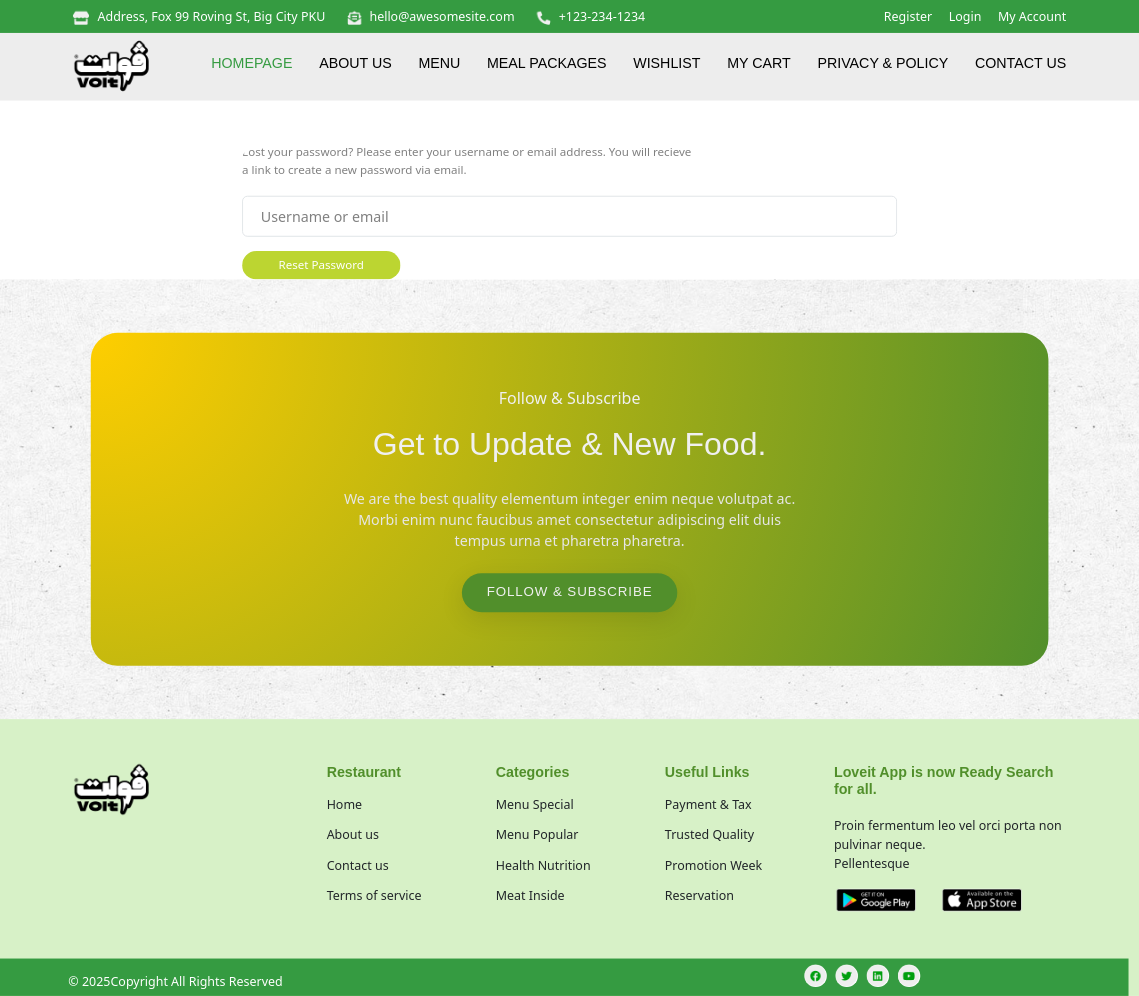
Repository: junivig/volt-new-project
Page: forgot-password.html
The author's editor kept a copy of each file at every save. The page is drawn from the files as they stood at one save, then again after the next save.
The browser window is 1280 px wide. The pictures show the whole page, at 89% of full size.

Above is the page before, as saved 2025-02-12 14:19:17.

### forgot-password.html
<!DOCTYPE html>
<html lang="en">
<head>
    <meta charset="UTF-8">
    <meta name="viewport" content="width=device-width, initial-scale=1.0">
    <title>Forgot Password</title>
    <!-- Favicons -->
 <link href="assets/img/favicon.png" rel="icon">
 <link href="assets/img/apple-touch-icon.png" rel="apple-touch-icon">

 <!-- Fonts -->
 <link href="https://fonts.googleapis.com" rel="preconnect">
 <link href="https://fonts.gstatic.com" rel="preconnect" crossorigin>
 <link href="https://fonts.googleapis.com/css2?family=Roboto:ital,wght@0,100;0,300;0,400;0,500;0,700;0,900;1,100;1,300;1,400;1,500;1,700;1,900&family=Raleway:ital,wght@0,100;0,200;0,300;0,400;0,500;0,600;0,700;0,800;0,900;1,100;1,200;1,300;1,400;1,500;1,600;1,700;1,800;1,900&family=Ubuntu:ital,wght@0,300;0,400;0,500;0,700;1,300;1,400;1,500;1,700&display=swap" rel="stylesheet">

 <!-- Vendor CSS Files -->
 <link href="assets/vendor/bootstrap/css/bootstrap.min.css" rel="stylesheet">
 <link href="assets/vendor/bootstrap-icons/bootstrap-icons.css" rel="stylesheet">
 <link href="assets/vendor/aos/aos.css" rel="stylesheet">
 <link href="assets/vendor/glightbox/css/glightbox.min.css" rel="stylesheet">
 <link href="assets/vendor/swiper/swiper-bundle.min.css" rel="stylesheet">

  <!-- Main CSS File -->
  <link href="assets/css/main.css" rel="stylesheet">
    <link href="https://cdn.jsdelivr.net/npm/bootstrap@5.3.0/dist/css/bootstrap.min.css" rel="stylesheet">
    <style>
        .btn-light-green {
            background-color: #BCD531 !important;
            color: white !important;
            font-size: small;
            padding: 5px 40px;
            border-radius: 40px;
        }
        .card {
            border: none;
            border-top-left-radius: 20px;
            border-top-right-radius: 20px;
        }
        .form-control {
            padding: 10px 20px;
            color: grey !important;
        }
        .form-control::placeholder {
            color: grey !important;
        }
        .privacy-text {
            color: grey;
            font-size: small;
            margin-bottom: 20px;
        }
    </style>
</head>
<body class="">
    <header id="header" class="header ">
        <div class="container-fluid  top-header">
          <div class="container-xl">
              <div class="row align-items-center">
                  <div class="col-md-8 d-flex align-items-center">
                    <nav id="navmenu" class="navmenu">
                      <ul>
                    <li class="">
                      <img src="assets/img/location-icon.png" alt="Location Icon" class="icon-right">
                      <span class="top-header-text">Address, Fox 99 Roving St, Big City PKU</span>
                  </li>
                    <li class="">
                      <img src="assets/img/email-icon.png" alt="Email Icon" class="icon-right">
                      <span class="top-header-text">hello@awesomesite.com</span>
                  </li>
                  <li class="">
                    <img src="assets/img/phone-icon.png" alt="Phone Icon" class="icon-right">
                    <span class="top-header-text">+123-234-1234</span>
                </li>
                      </ul>
                    </nav>
                  </div>
                  <div class="col-md-4 text-end">
                      <a href="auth.html" >Register</a>
                      <a href="auth.html">Login</a>
                      <a href="my-account.html">My Account</a>
                  </div>
              </div>
            </div>
      </div>
        <div class="container-fluid container-xl position-relative d-flex align-items-center">

          <a href="index.html" class="logo d-flex align-items-center me-auto">

            <img src="assets/img/logo.png" alt="Logo Image">
          </a>

          <nav id="navmenu" class="navmenu">
            <ul>
              <li><a href="index.html" class="active">HOMEPAGE</a></li>
              <li><a href="about.html">ABOUT US</a></li>
              <li><a href="menu.html">MENU</a></li>
              <li><a href="meal-packages.html">MEAL PACKAGES</a></li>
              <li><a href="wishlist.html">WISHLIST</a></li>
              <li><a href="cart.html">MY CART</a></li>
              <li><a href="privacy-and-policy.html">PRIVACY & POLICY</a></li>
              <li><a href="contact.html">CONTACT US</a></li>
              <!-- <li class="dropdown"><a href="#"><span>Dropdown</span> <i class="bi bi-chevron-down toggle-dropdown"></i></a>
                <ul>
                  <li><a href="#">Dropdown 1</a></li>
                  <li class="dropdown"><a href="#"><span>Deep Dropdown</span> <i class="bi bi-chevron-down toggle-dropdown"></i></a>
                    <ul>
                      <li><a href="#">Deep Dropdown 1</a></li>
                      <li><a href="#">Deep Dropdown 2</a></li>
                      <li><a href="#">Deep Dropdown 3</a></li>
                      <li><a href="#">Deep Dropdown 4</a></li>
                      <li><a href="#">Deep Dropdown 5</a></li>
                    </ul>
                  </li>
                  <li><a href="#">Dropdown 2</a></li>
                  <li><a href="#">Dropdown 3</a></li>
                  <li><a href="#">Dropdown 4</a></li>
                </ul>
              </li> -->
            </ul>
            <i class="mobile-nav-toggle d-xl-none bi bi-list"></i>
          </nav>

          <!-- <a class="btn-getstarted" href="index.html#about">Get Started</a> -->

        </div>
      </header>
    <div class="container mt-5">
        <div class="row justify-content-center">
            <div class="col-md-8">
                <div class="card">
                            <form>
                                <p class="privacy-text"> Lost your password? Please enter your username or email address.
                                     You will recieve <br/> a link to create a new password via email.</p>
                                <div class="mb-3">
                                    <input type="email" class="form-control" id="register-email" placeholder="Username or email">
                                </div>
                                <button type="submit" class="btn btn-light-green">Reset Password</button>
                            </form>
                </div>
            </div>
        </div>
    </div>


       <!-- /Subscribe Footer Section -->
  <!-- Footer will be loaded here -->
  <div id="footer-placeholder"></div>

  <script>
    // Load footer.html into the placeholder div
    fetch("footer.html")
        .then(response => response.text())
        .then(data => {
            document.getElementById("footer-placeholder").innerHTML = data;
        })
        .catch(error => console.error("Error loading footer:", error));
</script>

    <script src="https://cdn.jsdelivr.net/npm/bootstrap@5.3.0/dist/js/bootstrap.bundle.min.js"></script>
    <script src="https://cdn.jsdelivr.net/npm/bootstrap@5.3.0/dist/js/bootstrap.bundle.min.js"></script>
</body>
</html>

### footer.html

<!-- Subscribe Footer Section -->
<section class="bg-image">
    <div class="footer-newsletter">
      <div class="container">
        <div class="row justify-content-center text-center">
          <div class="col-lg-6">
            <p class="footer-newsletter-sub-heading">Follow & Subscribe</p>
            <h4 class="footer-newsletter-heading">Get to Update & New Food.</h4>
            <p class="footer-newsletter-text">We are the best quality elementum integer enim neque volutpat ac. Morbi enim nunc
              faucibus amet consectetur adipiscing elit duis tempus urna et pharetra pharetra.</p>
            <div class="mt-4">
              <a href="#about" class="subscribe-button">FOLLOW & SUBSCRIBE</a>
            </div>
          </div>
        </div>
      </div>
    </div>
  </section>


  <footer id="footer" class="footer">
    <div class="container footer-top">
      <div class="row gy-4">
        <div class="col-lg-3 col-md-6 footer-about">
          <a href="index.html" class="logo d-flex align-items-center me-auto">
            <img src="assets/img/logo.png" alt="Logo Image">
          </a>

        </div>

        <div class="col-lg-2 col-md-3 footer-links">
          <h4 class="footer-pages-heading">Restaurant</h4>
          <ul>
            <li> <a href="#">Home</a></li>
            <li> <a href="about.html">About us</a></li>
            <li> <a href="contact.html">Contact us</a></li>
            <li> <a href="privacy-and-policy.html">Terms of service</a></li>
          </ul>
        </div>

        <div class="col-lg-2 col-md-3 footer-links">
          <h4 class="footer-pages-heading">Categories</h4>
          <ul>
            <li> <a href="#">Menu Special</a></li>
            <li> <a href="#">Menu Popular</a></li>
            <li> <a href="#">Health Nutrition</a></li>
            <li> <a href="#">Meat Inside</a></li>
          </ul>
        </div>
        <div class="col-lg-2 col-md-3 footer-links">
          <h4 class="footer-pages-heading">Useful Links</h4>
          <ul>
            <li> <a href="#">Payment & Tax</a></li>
            <li> <a href="#">Trusted Quality</a></li>
            <li> <a href="#">Promotion Week</a></li>
            <li> <a href="#">Reservation</a></li>
          </ul>
        </div>

        <div class="col-lg-3 col-md-12">
          <h4 class="footer-pages-heading">Loveit App is now Ready Search for all.</h4>
          <p>Proin fermentum leo vel orci porta non pulvinar neque. <br> Pellentesque</p>
          <div class="row">
            <div class="col-lg-5 col-md-6 col-sm-12">
              <img src="assets/img/android.png" alt="Google Play Image" class="mobile-app-image">
           </div>
           <div class="col-lg-5 col-md-6 col-sm-12">
            <img src="assets/img/apple.png" alt="Apple Store Image" class="mobile-app-image">
         </div>
        </div>

      </div>
    </div>
    </div>
    <div class="row copyright mt-4">
      <div class="row">
      <div class="col-lg-6 col-md-12 col-sm-12">
        <p class="mt-2">© 2025<span>Copyright All Rights Reserved</span></p>
      </div>
      <div class="col-lg-3 col-md-12 col-md-12">
      </div>
      <div class="col-lg-3 col-md-12 col-md-12 social-media-icons">
        <div class="social-links d-flex text-end">
          <a href=""><img src="assets/img/facebook.png" alt="Logo Image"></a>
          <a href=""><img src="assets/img/twitter.png" alt="Logo Image"></a>
          <a href=""><img src="assets/img/linkedin.png" alt="Logo Image"></i></a>
          <a href=""><img src="assets/img/youtube.png" alt="Logo Image"></i></a>
        </div>
      </div>
      </div>
    </div>
  </footer>

Loaded but not shown: assets/vendor/bootstrap/css/bootstrap.min.css (library); assets/vendor/bootstrap-icons/bootstrap-icons.css (library); assets/vendor/aos/aos.css (library); assets/vendor/glightbox/css/glightbox.min.css (library); assets/vendor/swiper/swiper-bundle.min.css (library); assets/css/main.css (2788 lines, source omitted)

After the next save:
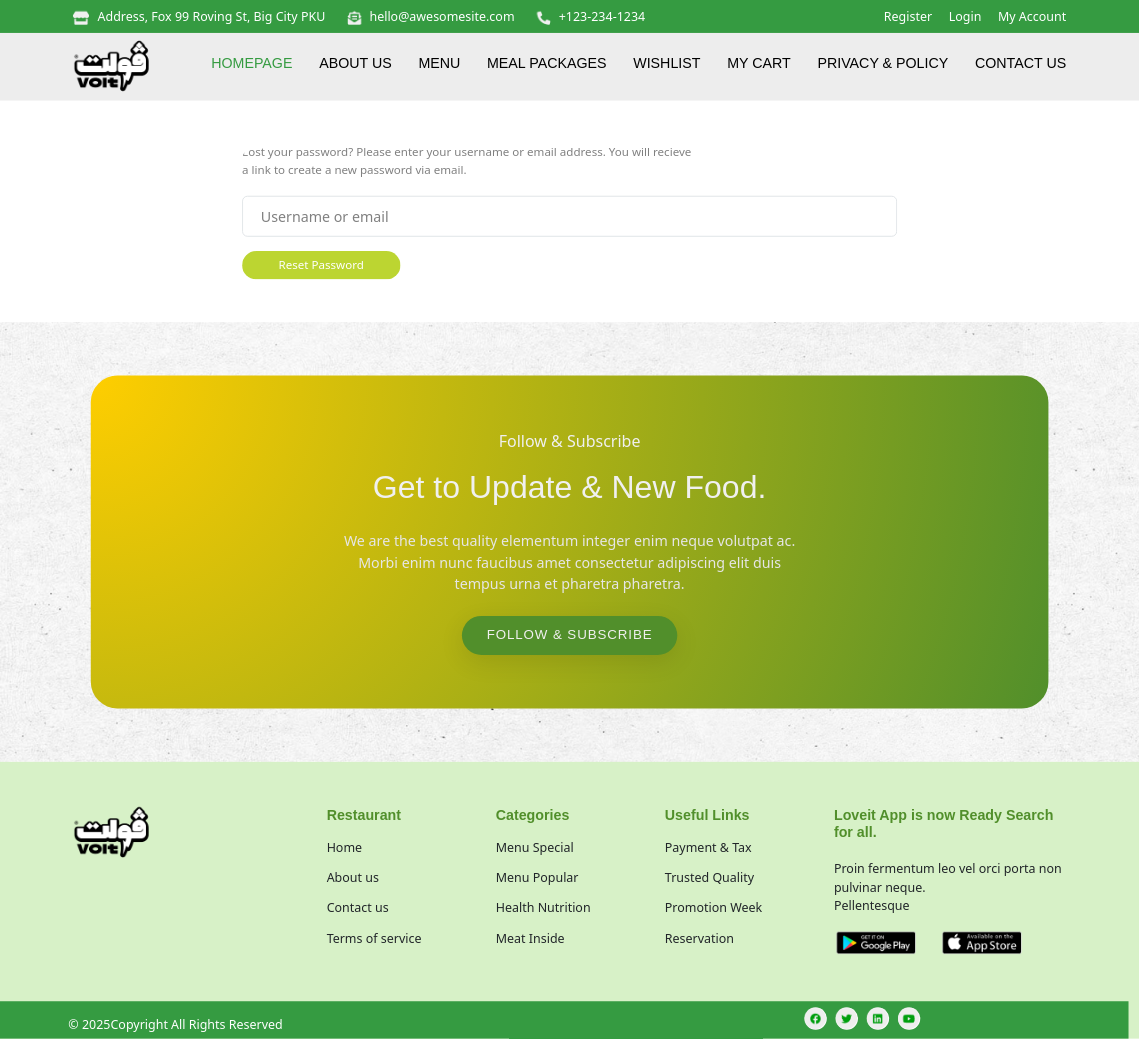
Saved 13 s later.
--- a/forgot-password.html
+++ b/forgot-password.html
@@ -123,7 +123,7 @@
 
         </div>
       </header>
-    <div class="container mt-5">
+    <div class="container mt-5 mb-5">
         <div class="row justify-content-center">
             <div class="col-md-8">
                 <div class="card">
